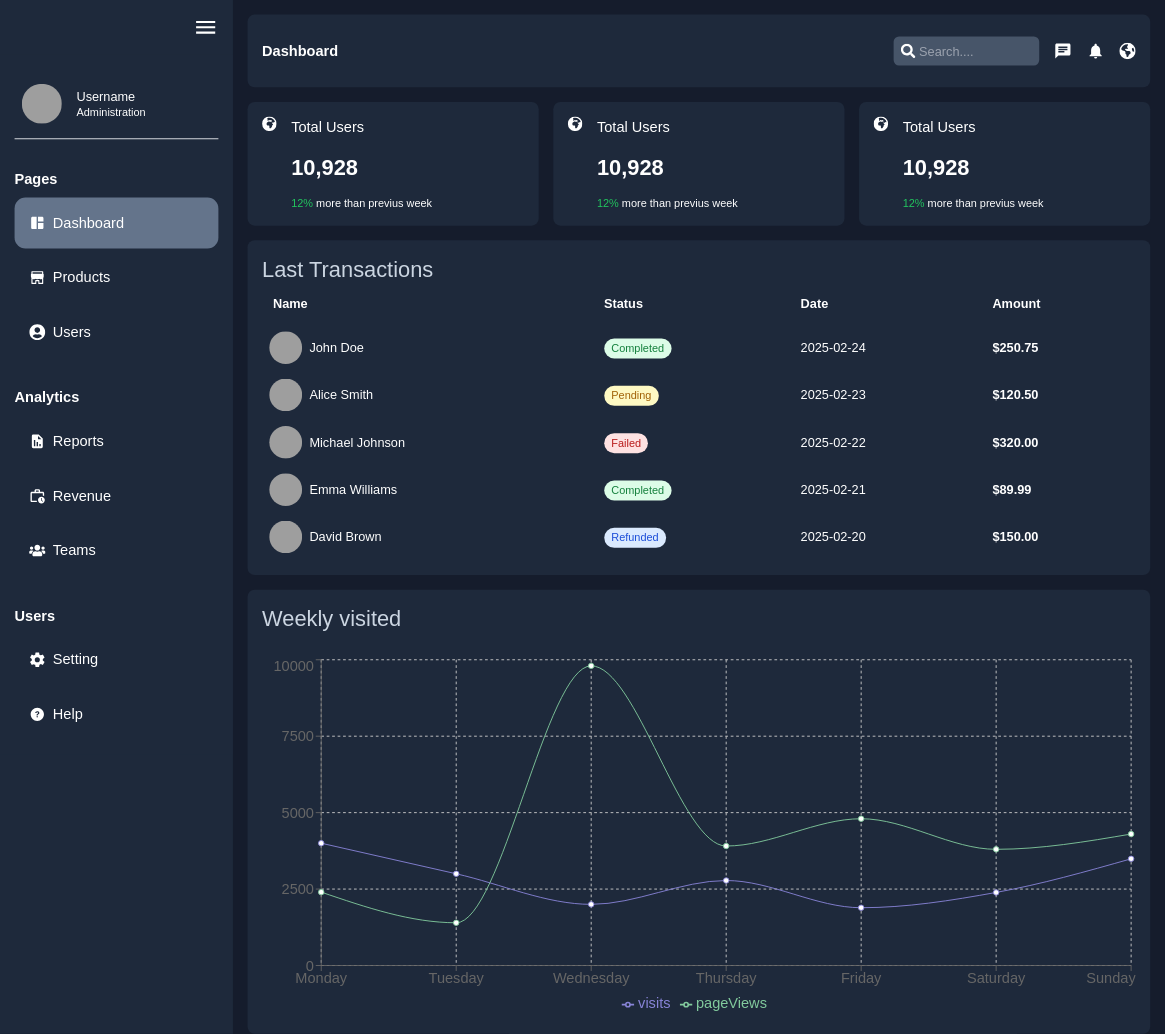
Repository: Than-sothearak/next-computer-admin
Page: /dashboard
An editor plug-in stored every save of this project. The page is shown before and after the next save, followed by the edit.
The browser window is 1280 px wide. The pictures show the whole page, at 91% of full size.
Pictures or frames that could not be fetched are drawn as grey boxes. The project was rebuilt for these pictures with package versions that can differ from the ones it lists, and the page was loaded fresh each time. The framework's server and built-in components were replaced by stand-ins that run in the browser. Also part of the build but not shown: next.config.mjs.

Above is the page before, as saved 2025-02-24 23:27:24.

After the next save:
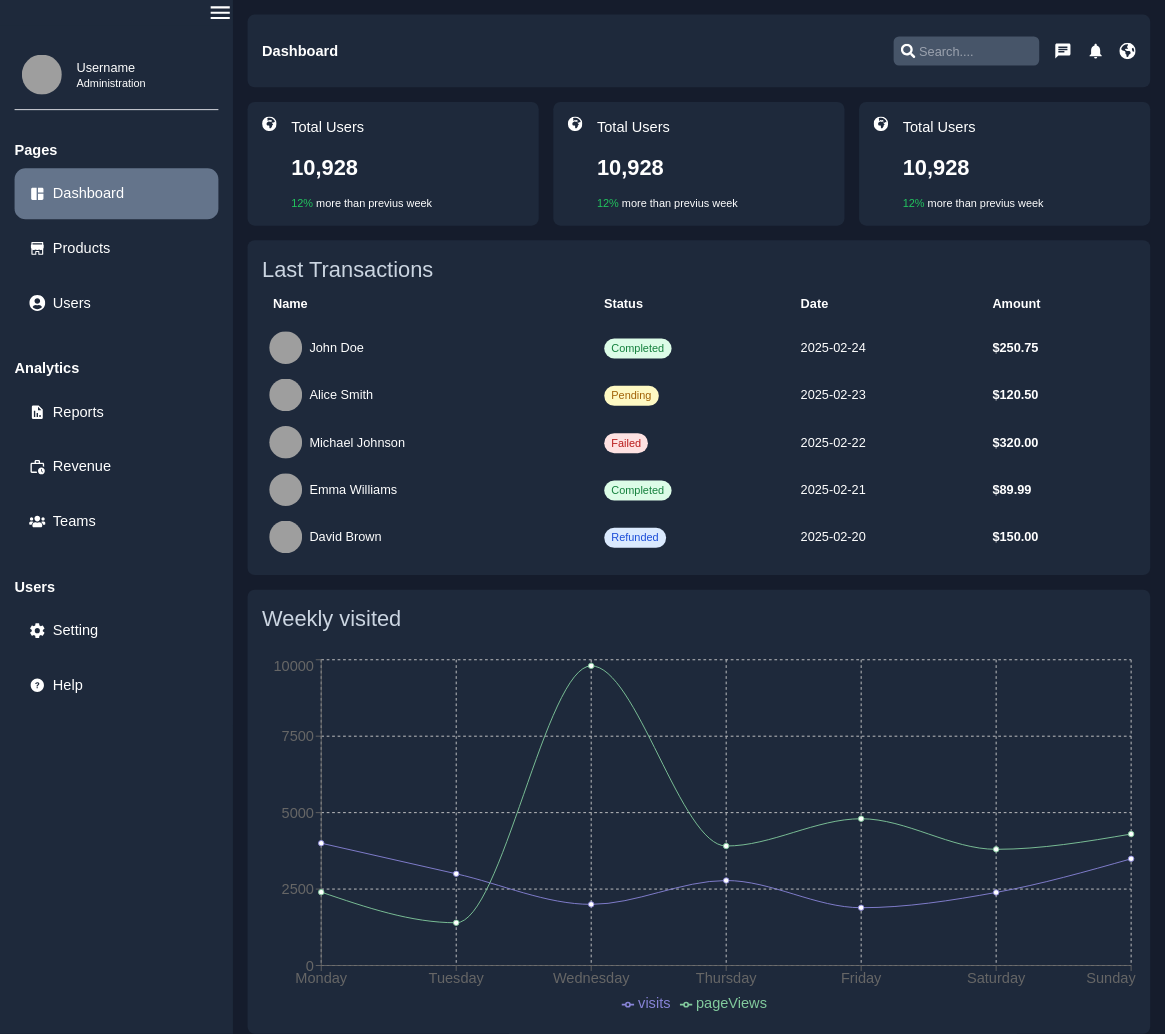
Saved 20 s later.
--- a/components/dashboard/sidebar/sidebar.js
+++ b/components/dashboard/sidebar/sidebar.js
@@ -12,7 +12,7 @@ export const Sidebar = () => {
   return (
     <>
 
-      <div className="flex justify-between items-center p-4">
+      <div className="flex justify-between items-center">
       <span className="text-white text-lg font-semibold"></span>
         <button
           onClick={() => setIsOpen(true)}
